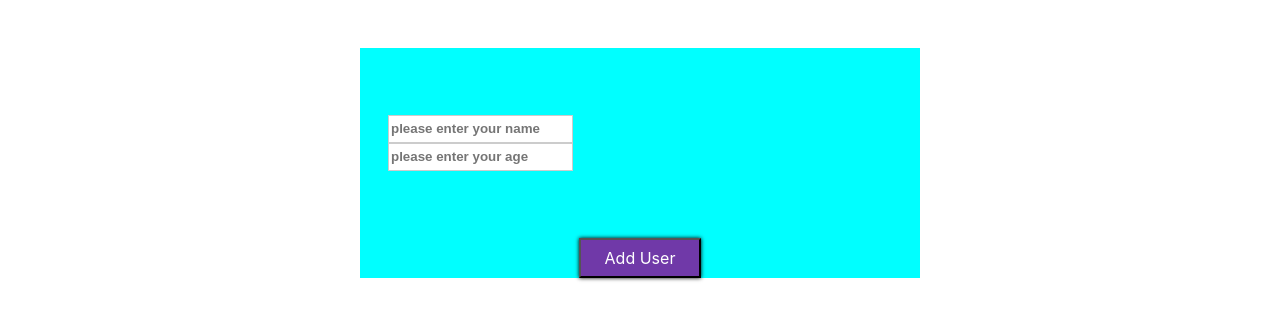
Repository: NamalPathirana/section-eight
Page: /
An editor plug-in stored every save of this project. The page is shown before and after the next save, followed by the edit.
The browser window is 1280 px wide. The pictures show the whole page.
The project was rebuilt for these pictures with package versions that can differ from the ones it lists, and the page was loaded fresh each time.

Above is the page before, as saved 2021-11-25 21:50:56.

### src/App.js
import logo from './logo.svg';
import './App.css';
import UserInput from './Components/UserInput/UserInput';

function App() {
  return (
    <div className="App">
      <section>
      <UserInput></UserInput>
      </section>
    </div>
  );
}

export default App;

### src/App.css
.App {
  text-align: center;
  display: flex;
  flex-direction: column;
  width: 35rem;
  max-width: 90%;
  margin: 3rem auto;
  background-color: aqua;
}

### src/Components/UserInput/UserInput.js
import Button from '../../UI/Button/Button';
import styles from './UserInput.module.css'

const UserInput = () => {
    return (
        <form>
        <div className={styles.frame}>
            <input placeholder='please enter your name'/>
            <input placeholder='please enter your age'/>
        </div>
        <Button name='Add User'></Button>
        </form>
    );
};

export default UserInput;

### src/UI/Button/Button.js
import styles from './Button.module.css'

const Button = (props) => {

    return(
        <div>
            <button className={styles.button}>
               {props.name}
            </button>
        </div>
    )
}

export default Button;

### src/Components/UserInput/UserInput.module.css
.frame{
    margin: 0.5rem 0.5rem;
    padding: 1.2rem 0.5rem;
    width: 35rem;
    max-width: 90%;
    margin: 3rem auto;
    background-color: aqua;
}

.frame input{
    display: block;
    font-weight: bold;
    border: 1px solid #ccc;
    line-height: 1.5rem;
    padding: 100 0.25rm;
}

### src/UI/Button/Button.module.css
.button{
    font: inherit;
    padding: 0.5rem 1.5rem;
    background-color: rgb(112, 57, 168);
    color:white;
    box-shadow: 0 0 4px black;
    cursor: pointer;
}

.button:focus{
    outline: none;
}

.button:hover,.button:active{
    background-color: rgb(185, 140, 231);
    border-color: rgb(185, 140, 231);
    box-shadow: 0 0 8px black;
}

Loaded but not shown: public/index.html (common file); src/index.js (common file); src/index.css (common file); src/reportWebVitals.js (common file)

After the next save:
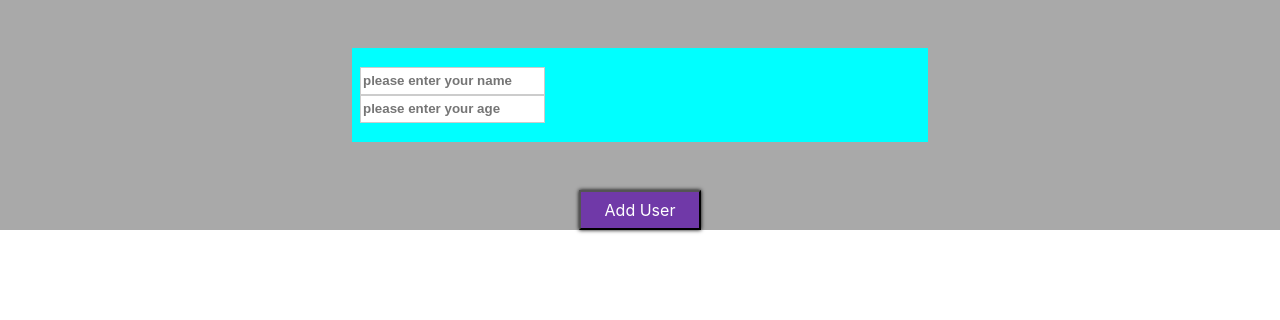
Saved 24 s later.
--- a/src/App.css
+++ b/src/App.css
@@ -2,8 +2,5 @@
   text-align: center;
   display: flex;
   flex-direction: column;
-  width: 35rem;
-  max-width: 90%;
-  margin: 3rem auto;
-  background-color: aqua;
+  background-color: darkgrey;
 }
